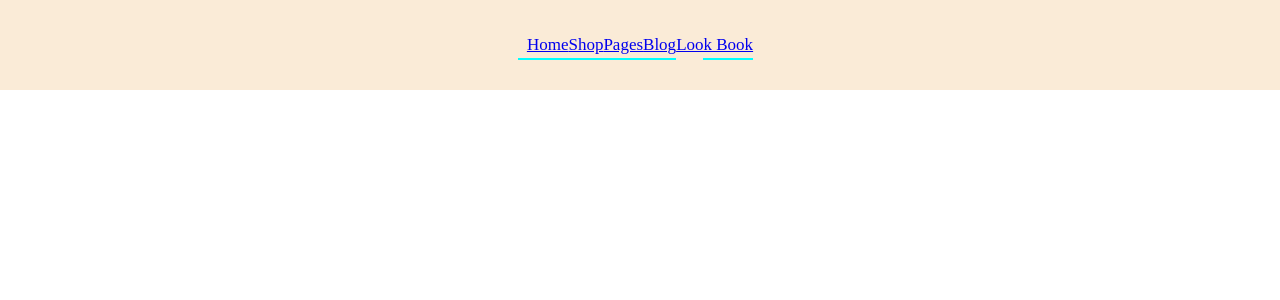
Repository: MorgunovaAlexandra/beauti
Page: index.html
An editor plug-in stored every save of this project. The page is shown before and after a run of saves, followed by the edit.
The browser window is 1280 px wide. The pictures show the whole page.

Above is the page before, as saved 2022-08-24 12:20:05.

After the next 2 saves:
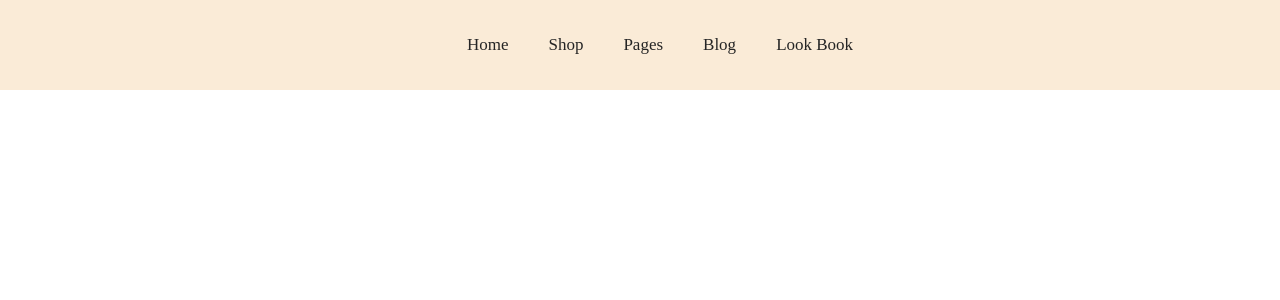
The 2 saves are shown as one change because they came seconds apart.
The last was saved 7 s later.
--- a/style.css
+++ b/style.css
@@ -56,12 +56,14 @@ html,body{
    content: "";
    position: absolute;
    height: 2px;
-   width: 50px;
+
    background-color: aqua;
    bottom:-5px;
    right: 0%;
 }
-.menu-list li:ho
+.menu-list li:hover::after{
+
+}
 a{
 
     text-decoration: none;
